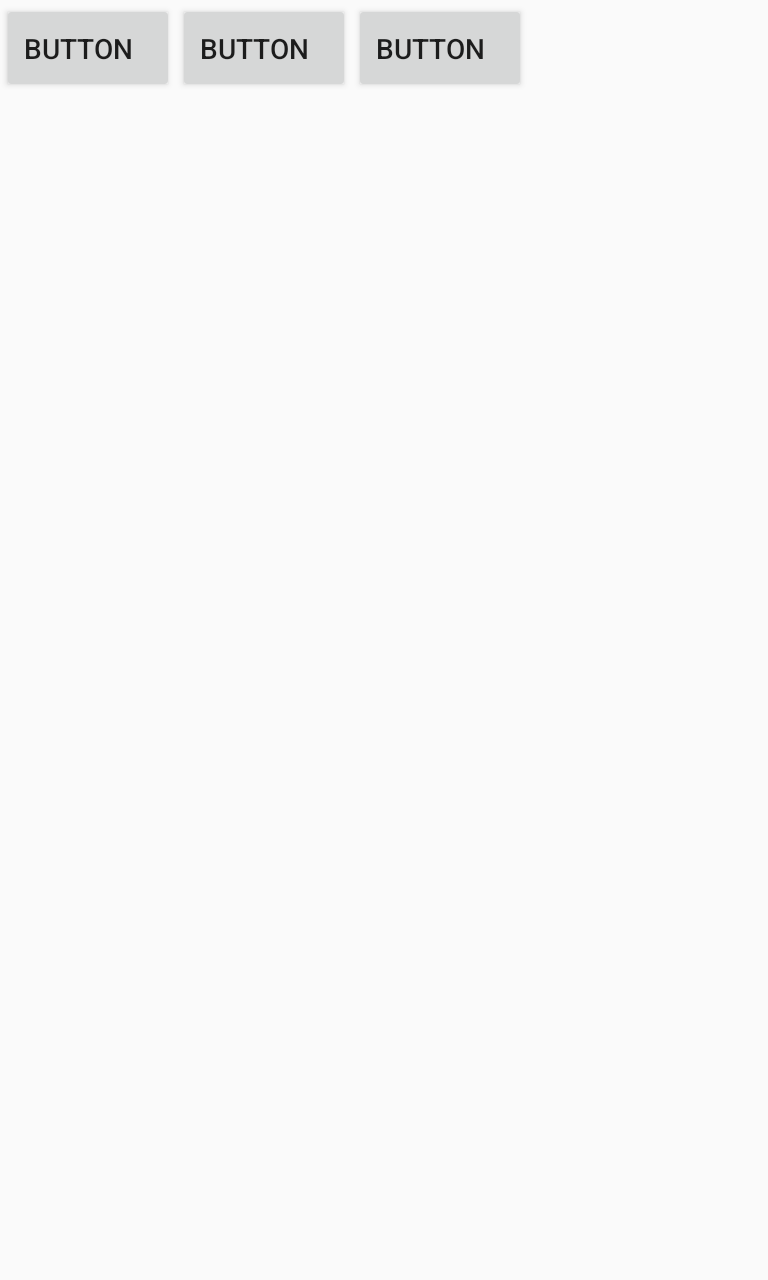
Repository: PaulAlfred/Android_Exercises
Layout: MoreLayouts/res/layout/arranged_equally_layout.xml
The author's editor kept a copy of each file at every save. The layout is drawn from the files as they stood at one save, then again after the next save.
It is drawn on a 768 x 1280 px phone screen (xhdpi) without system bars, with theme AppTheme; the app's code is not run.

Above is the layout before, as saved 2014-10-24 07:39:55.

After the next save:
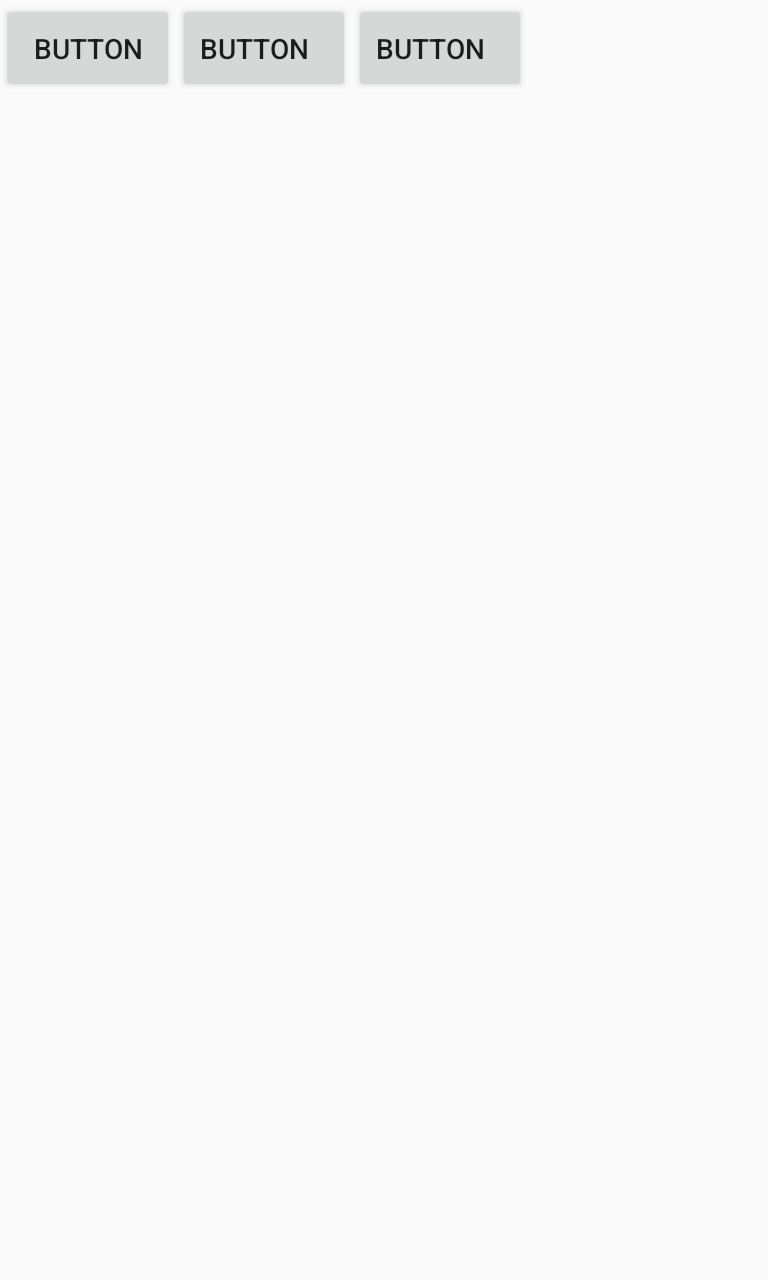
Saved 45 s later.
--- a/MoreLayouts/res/layout/arranged_equally_layout.xml
+++ b/MoreLayouts/res/layout/arranged_equally_layout.xml
@@ -11,7 +11,7 @@
         android:id="@+id/button1"
         android:layout_width="wrap_content"
         android:layout_height="wrap_content"
-        android:gravity="center_vertical|center_horizontal|fill_horizontal"
+        android:gravity="center"
         android:text="Button" />
 
     <Button

After the save that followed:
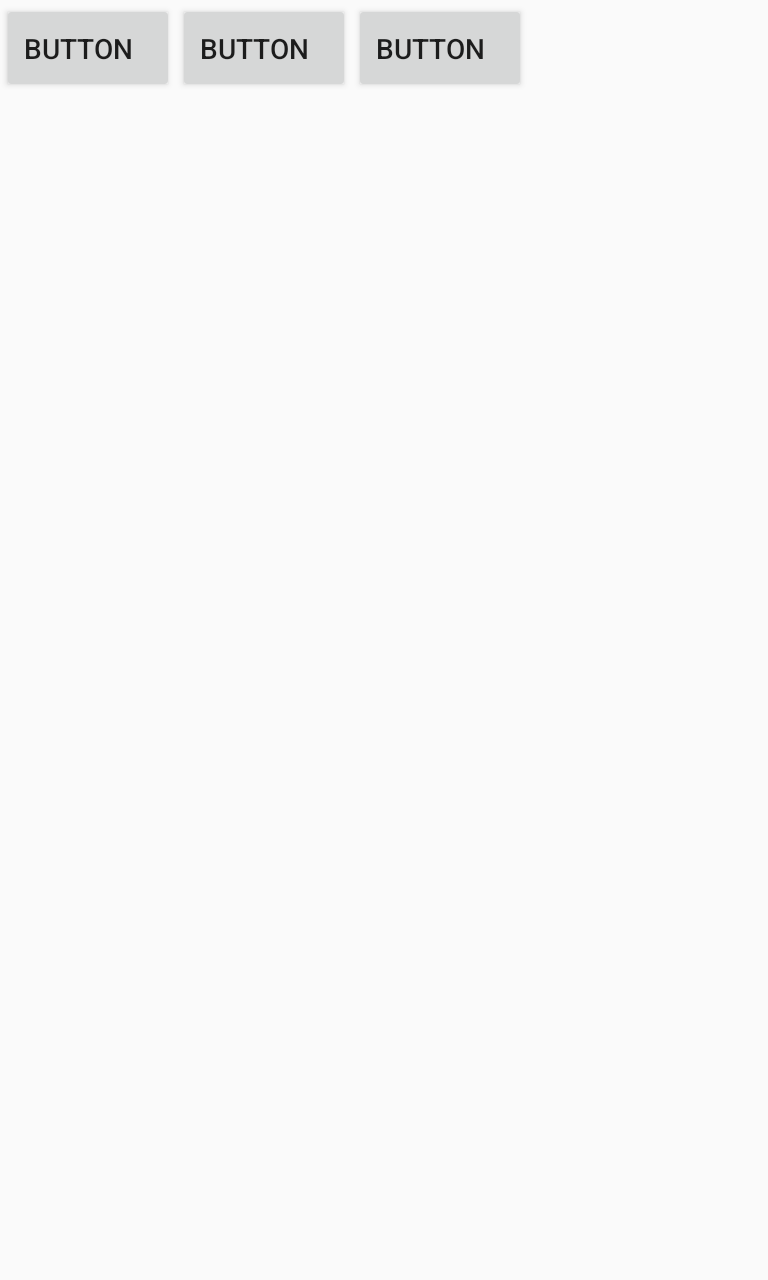
Saved 30 s later.
--- a/MoreLayouts/res/layout/arranged_equally_layout.xml
+++ b/MoreLayouts/res/layout/arranged_equally_layout.xml
@@ -11,7 +11,7 @@
         android:id="@+id/button1"
         android:layout_width="wrap_content"
         android:layout_height="wrap_content"
-        android:gravity="center"
+        android:gravity="fill_vertical|fill_horizontal"
         android:text="Button" />
 
     <Button
